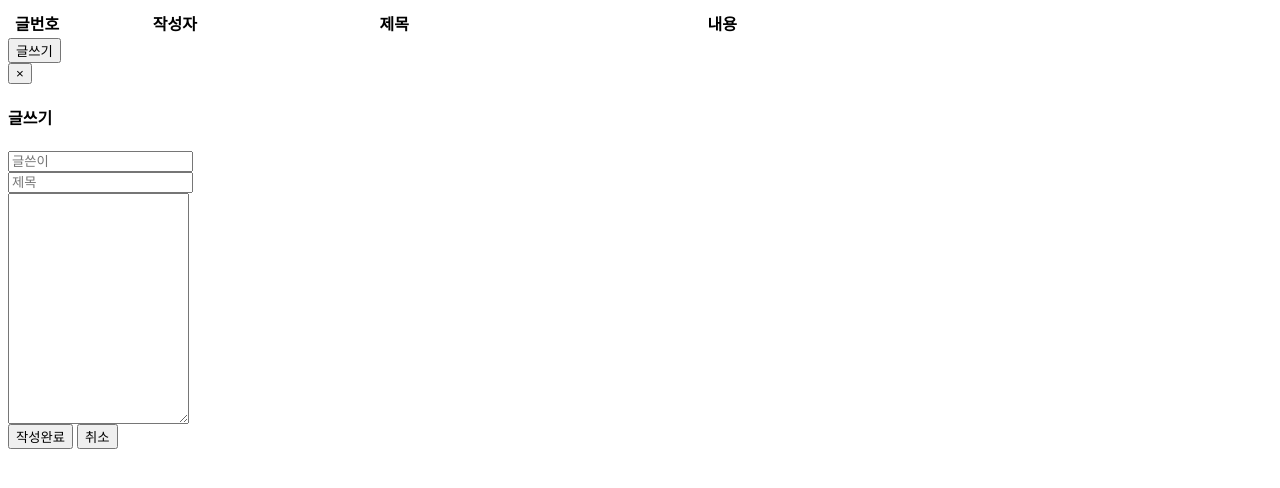
Repository: jjjikolpp/Developer
Page: http://localhost/myProject/include_normal_board.jsp
These files come from the project's save history. The page is drawn as it stood at one moment and after the next save; the edit follows.
The browser window is 1280 px wide. The pictures show the whole page.
The page is served by Tomcat 9. Nobody is signed in. The application's start-up code is not run.

Above is the page before, as saved 2017-04-13 08:42:23.
Console error: ReferenceError: $ is not defined

After the next save:
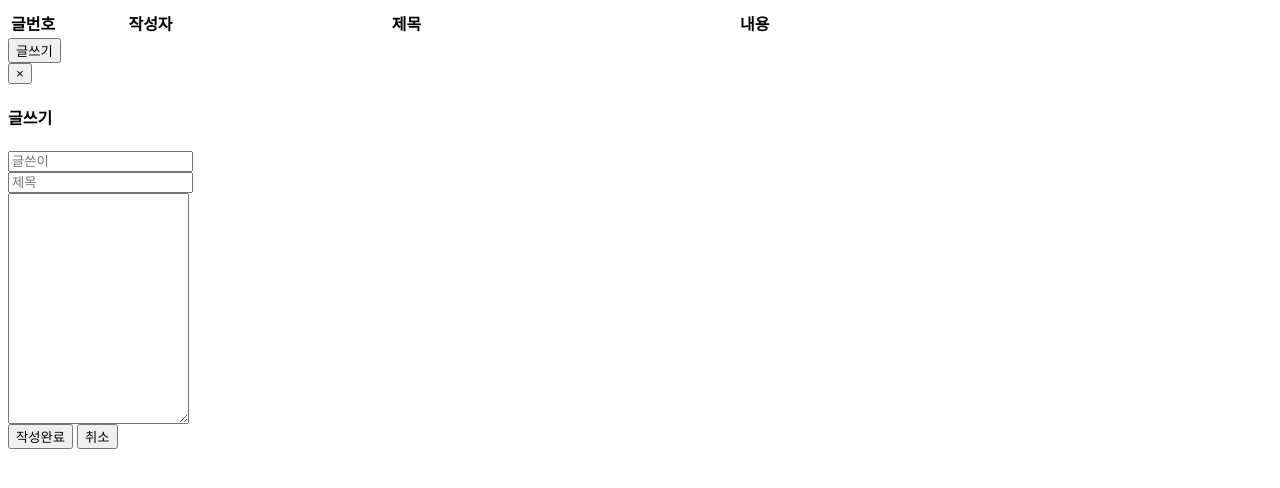
Saved 8 s later.
--- a/myProject/src/main/webapp/include_normal_board.jsp
+++ b/myProject/src/main/webapp/include_normal_board.jsp
@@ -395,7 +395,7 @@
 				<tr>
 					<th width="5%">글번호</th>
 					<th width="20%">작성자</th>
-					<th width="20%">제목</th>
+					<th width="35%">제목</th>
 					<th width="40%">내용</th>
 				</tr>
 			</thead>
